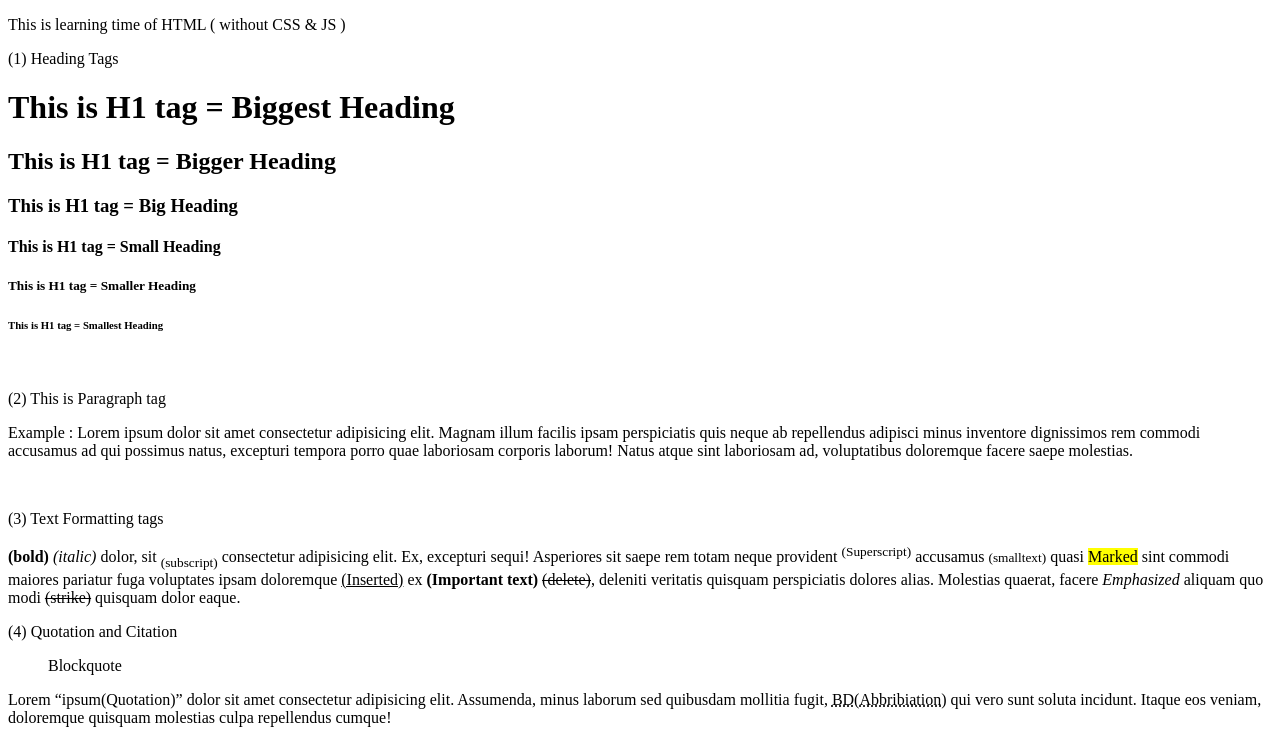
Repository: diptods/Frontend-in-60-DAYS
Page: Day01/learning/learn.html
These files come from the project's save history. The page is drawn as it stood at one moment and after the next save; the edit follows.
The browser window is 1280 px wide. The pictures show the whole page.

Above is the page before, as saved 2026-05-28 11:59:37.

After the next save:
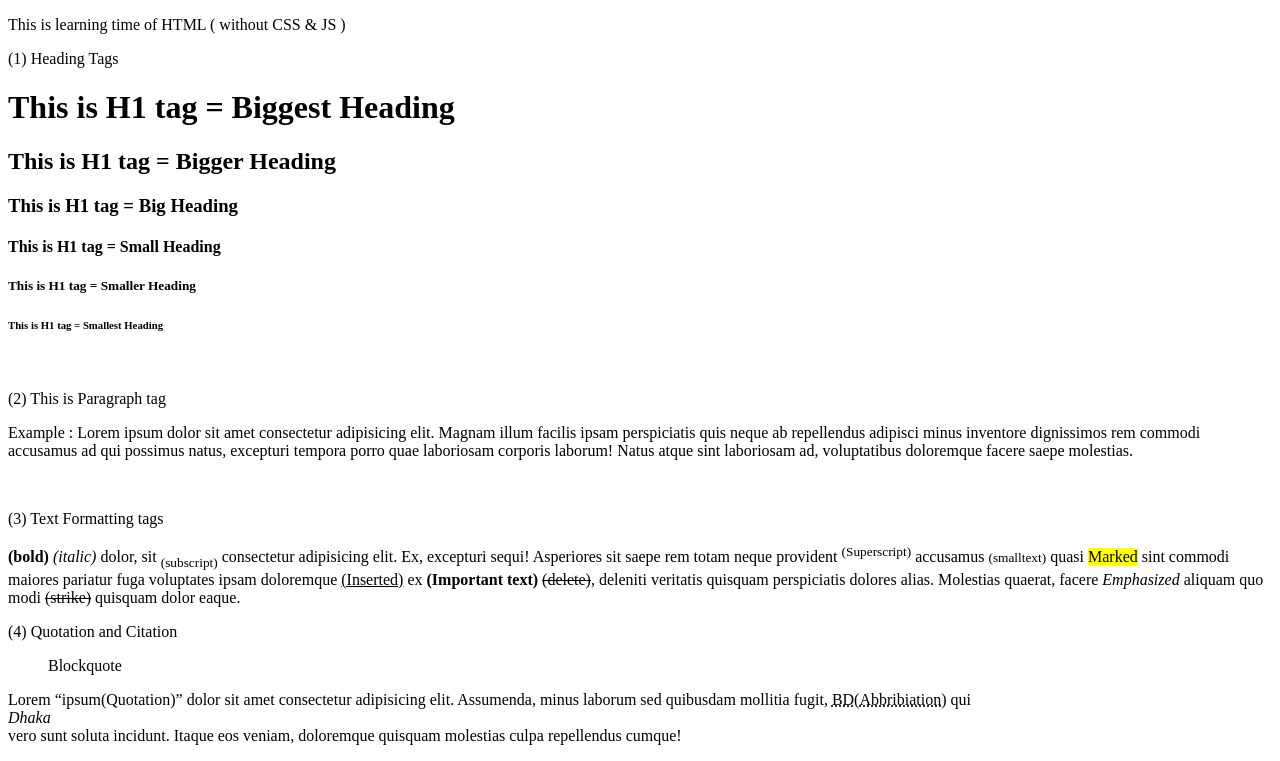
Saved 34 s later.
--- a/Day01/learning/learn.html
+++ b/Day01/learning/learn.html
@@ -34,7 +34,7 @@
     </p>
     <p>(4) Quotation and Citation</p>
     <p><blockquote>Blockquote</blockquote> Lorem <q>ipsum(Quotation)</q> dolor sit amet consectetur adipisicing elit. Assumenda, minus laborum sed quibusdam mollitia fugit,
-        <abbr title="Bangladesh">BD(Abbribiation)</abbr> qui vero sunt soluta incidunt. Itaque eos veniam, doloremque quisquam molestias culpa repellendus cumque!
+        <abbr title="Bangladesh">BD(Abbribiation)</abbr> qui <address>Dhaka</address>vero sunt soluta incidunt. Itaque eos veniam, doloremque quisquam molestias culpa repellendus cumque!
     </p>
 </body>
 
